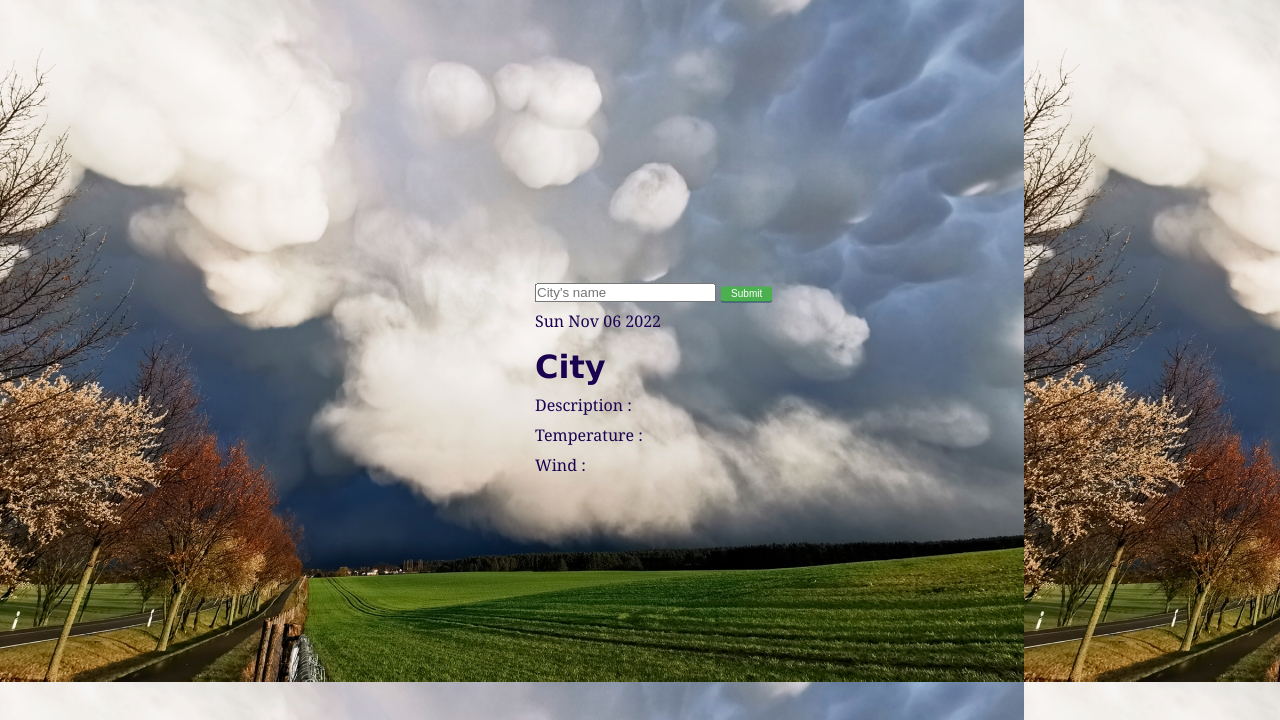
Repository: heartbreathing/searchWeather
Page: index.html
These files come from the project's save history. The page is drawn as it stood at one moment and after the next save; the edit follows.
The browser window is 1280 px wide. The pictures show the whole page.

Above is the page before, as saved 2022-11-06 23:06:23.

### index.html
<!DOCTYPE html>
<html lang="en">
  <head>
    <meta charset="UTF-8" />
    <meta http-equiv="X-UA-Compatible" content="IE=edge" />
    <meta name="viewport" content="width=device-width, initial-scale=1.0" />
    <title>search_weather</title>
    <link rel="stylesheet" href="index.css" />
  </head>
  <body>
    <div class="content">

      <form class="form">
        <input type="text" name="name" placeholder="City's name" />
        <button type="submit" class="btn">Submit</button>
      </form>
      <div class="time content_line"></div>
      <h1><span class="name" >City</span></h1>
      <p class="content_line">Description :<span class="description"></span></p>
      <p class="content_line">
        Temperature : <span class="temperature"></span>
      </p>
      <p class="content_line">Wind :<span class="wind"></span></p>

    </div>

    <script src="index.js"></script>
  </body>
</html>

### index.css
* {
    margin: 0;
    padding: 0;
    box-sizing: border-box ;
}
body {
    background-image: url(./image/background_image.jpg) ;
    font-family: 'Lucida Sans', 'Lucida Sans Regular', 'Lucida Grande', 'Lucida Sans Unicode', Geneva, Verdana, sans-serif ;
    color: rgb(26, 2, 81);
}
.content {
    position: absolute;
    display: inline-block;
    width: 300px;
    top:50%;
    left:50%;
    transform: translate(-35%, -40%);
    row-gap: 1rem;
}
h1 {
    margin-top: 1rem;
}
.content_line {
    font-family:Cambria, Cochin, Georgia, Times, 'Times New Roman', serif ;
    font-size: 1rem;
    margin-top: 0.5rem;
}
.btn {
    background-color: #4CAF50; /* Green */
    border: none;
    color: white;
    padding: 2px 10px;
    text-align: center;
    text-decoration: none;
    display: inline-block;
    font-size: 10px;
    border-radius: 2px;
    box-shadow: 0 1px #27496d;

}

### index.js
    "use strict";
      let timeEl = document.querySelector('.time')

      function getTime(){
        timeEl.innerHTML = new Date().toDateString()
      }
      getTime()

      let form = document.querySelector('.form');
      let city;

      async function getData() {
        let res = await fetch(
          `https://goweather.herokuapp.com/weather/${city}`
        );
        const data = await res.json();

        const temp = document.querySelector('.temperature');
        const wind = document.querySelector('.wind');
        const forecast = document.querySelector('.content');
        const description = document.querySelector('.description');
        // const name = document.querySelector('.name')

        temp.innerHTML = data.temperature;
        wind.innerHTML = data.wind;
        description.innerHTML = data.description;
        // name.innerHTML = city

      }

      form.addEventListener('submit', function (event) {
        event.preventDefault();
        city = this.elements.name.value;
        getData();
      });

After the next save:
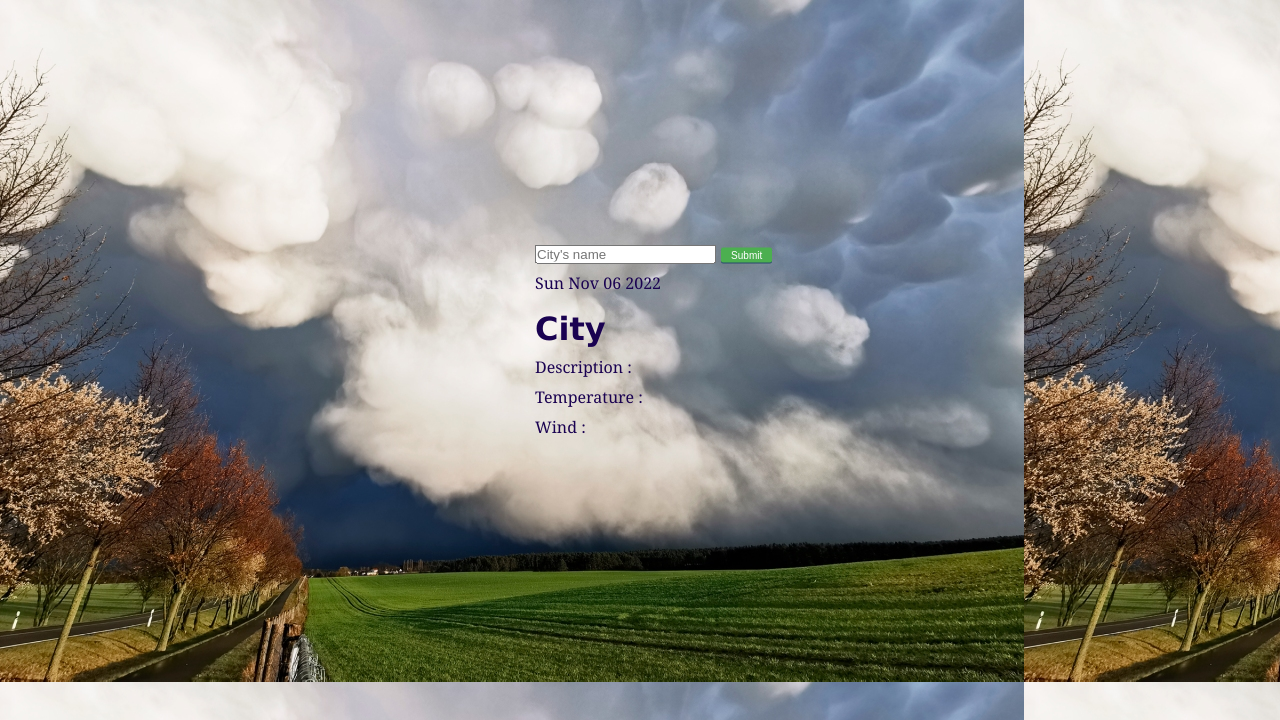
Saved 9 s later.
--- a/index.css
+++ b/index.css
@@ -14,7 +14,7 @@ body {
     width: 300px;
     top:50%;
     left:50%;
-    transform: translate(-35%, -40%);
+    transform: translate(-35%, -60%);
     row-gap: 1rem;
 }
 h1 {
